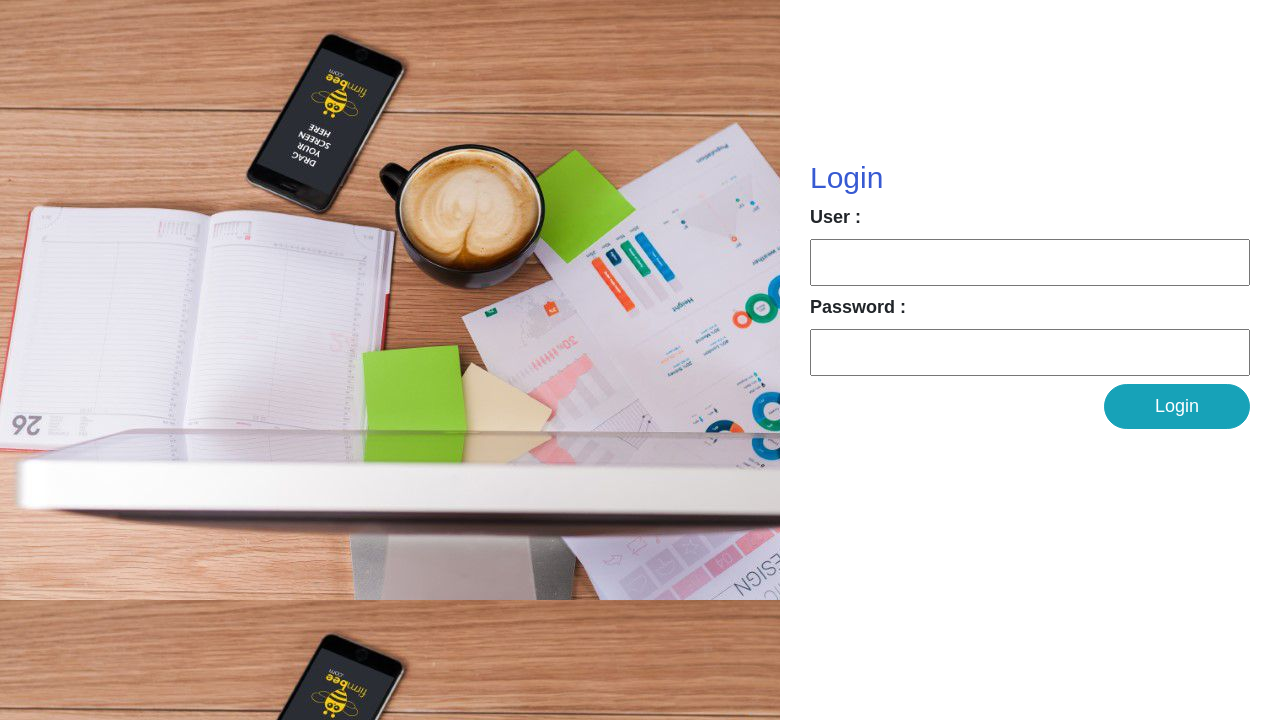
Repository: bayulalu/sekolah-orgaisasi
Page: http://localhost/login-user
An editor plug-in stored every save of this project. The page is shown before and after the next save, followed by the edit.
The browser window is 1280 px wide. The pictures show the whole page.
The page is served by the project's Laravel application, run on PHP 8.4 with Laravel 8.

Above is the page before, as saved 2020-07-25 05:32:23.

After the next save:
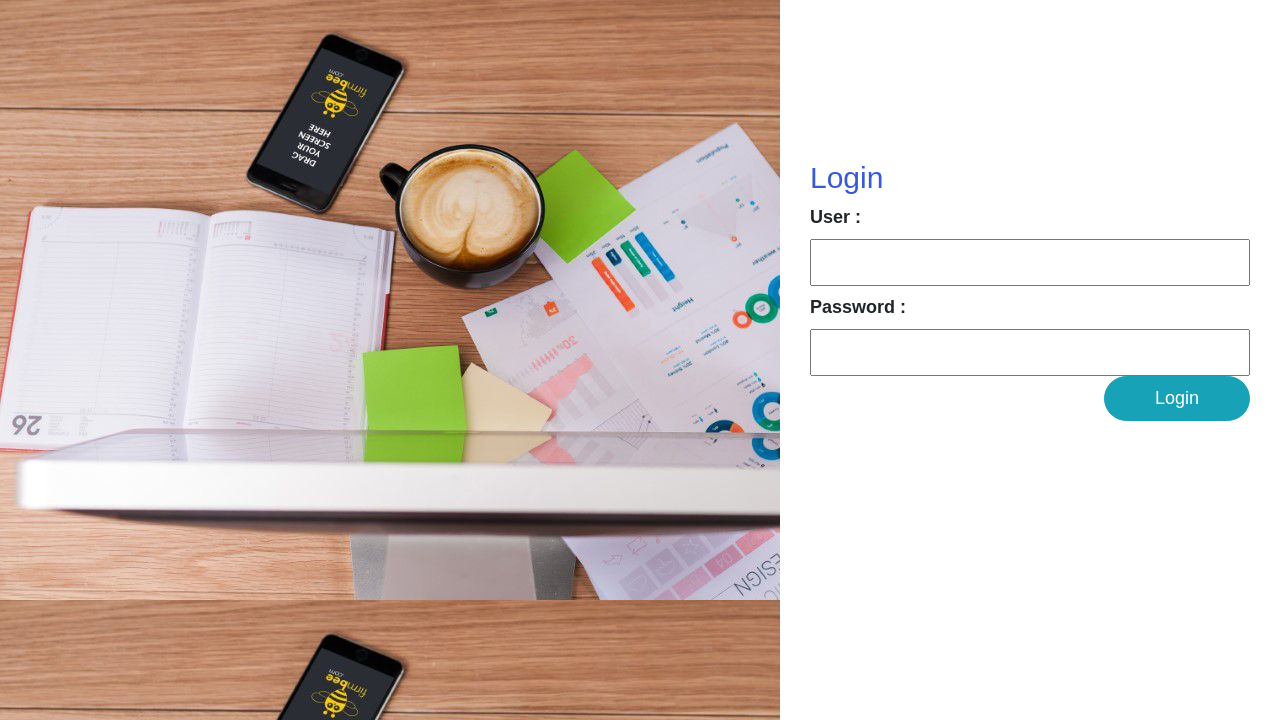
Saved 7 s later.
--- a/resources/views/auth2/login.blade.php
+++ b/resources/views/auth2/login.blade.php
@@ -22,9 +22,7 @@
         <input class="txtb" type="text" name="user" value="" required>
         <label for="">Password :</label>
         <input class="txtb" type="password" name="password" value="" required>
-        <div class="check">
 
-      </div>
         <button type="submit" class="btn btn-info login-btn">Login</button>
       </form>
     </div>

After the save that followed:
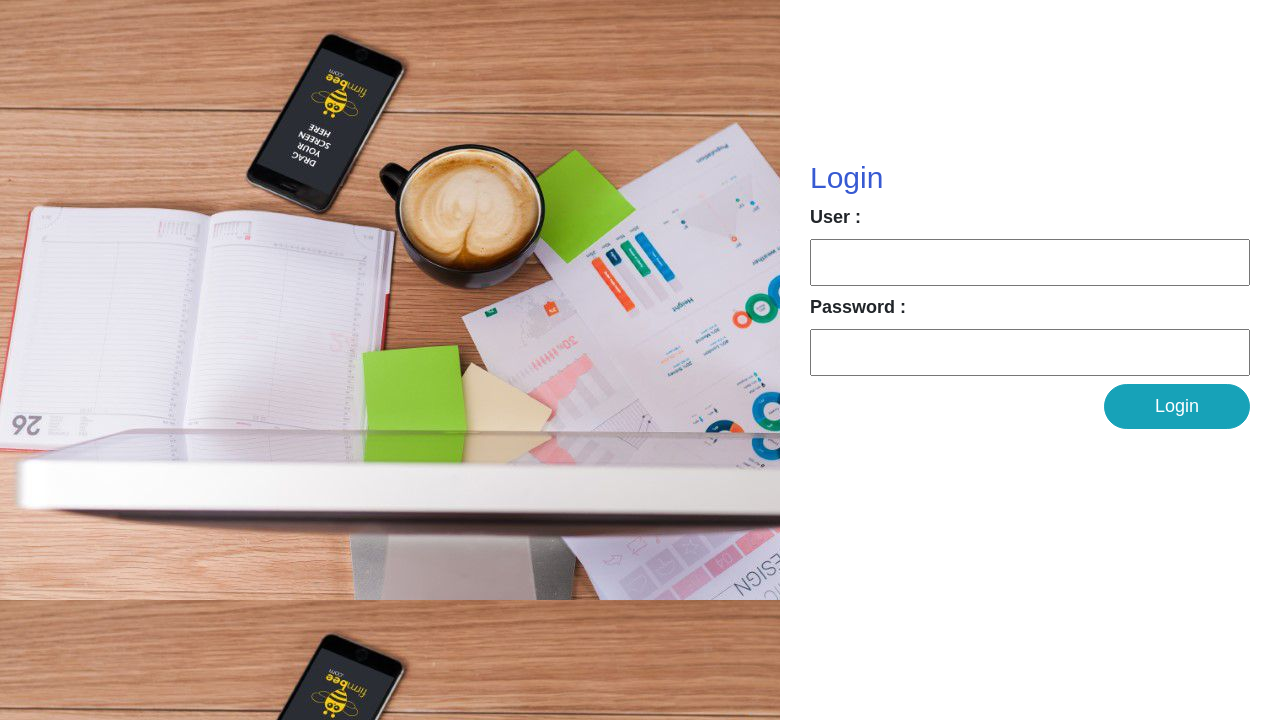
Saved 14 s later.
--- a/resources/views/auth2/login.blade.php
+++ b/resources/views/auth2/login.blade.php
@@ -22,7 +22,9 @@
         <input class="txtb" type="text" name="user" value="" required>
         <label for="">Password :</label>
         <input class="txtb" type="password" name="password" value="" required>
+        <div class="check">
 
+      </div>
         <button type="submit" class="btn btn-info login-btn">Login</button>
       </form>
     </div>
